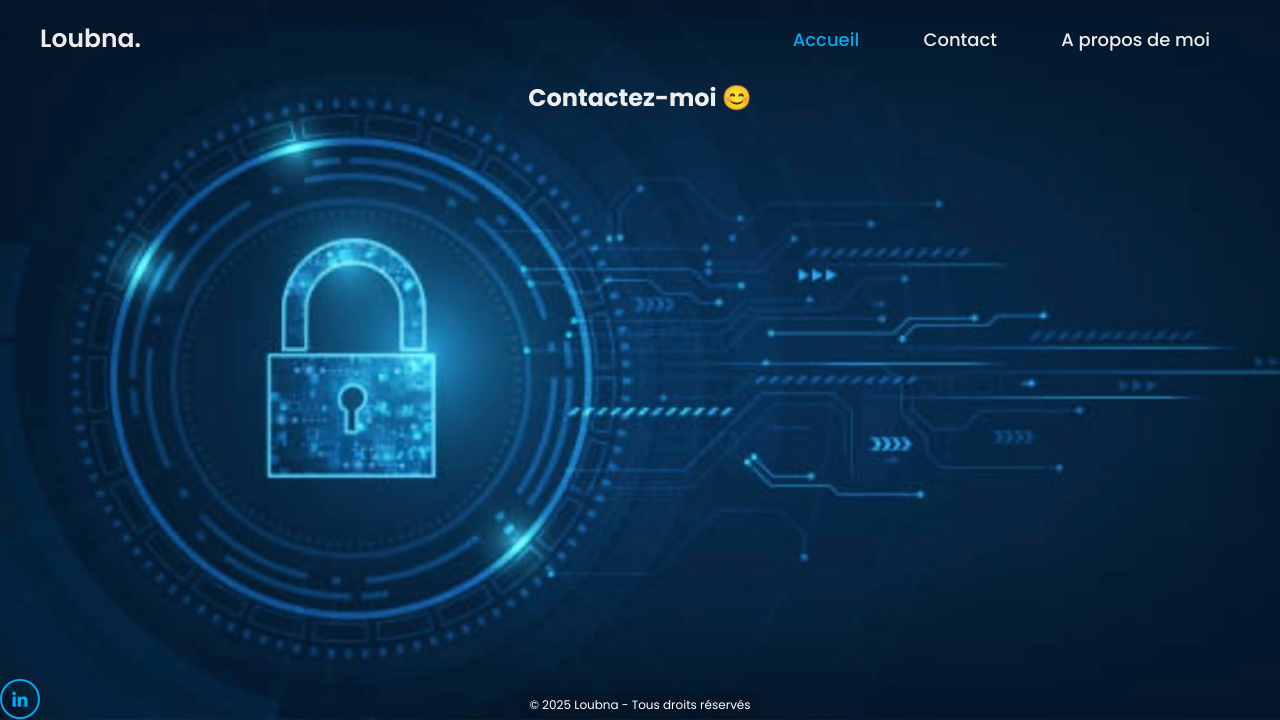
Repository: Loubna77290/Portfolio-de-Loubna
Page: contact.html
The author's editor kept a copy of each file at every save. The page is drawn from the files as they stood at one save, then again after the next save.
The browser window is 1280 px wide. The pictures show the whole page.

Above is the page before, as saved 2025-03-10 22:45:06.

### contact.html
<!DOCTYPE html>
<html lang="en">
<head>
    <meta charset="UTF-8">
    <meta name="viewport" content="width=device-width, initial-scale=1.0">
    <title>Fiche contact</title>
    <link rel="stylesheet" href="style.css">
    <link href='https://unpkg.com/boxicons@2.1.4/css/boxicons.min.css'rel='stylesheet'>
</head>
<body>

  <header class="header">
        <a href="#" class="logo">Loubna.</a>
         <nav class="navbar">
            <a href="/index.html"class="active">Accueil</a>
            <a href="/contact.html">Contact</a>
            <a href="about.html">A propos de moi</a>
        </nav>
    </header>

    <section class="contact-background">
        <div class="contact-contenu">
        <h1>Contactez-moi &#128522;</h1>

    </div>
    </section>

    <div class="home-sci">
        <a href="https://www.linkedin.com/in/loubna-m-baaa031a6/"target="_blank"><i class='bx bxl-linkedin'></i></a>
     </div>
</body>

    <footer>
        <p>&copy; 2025 Loubna - Tous droits réservés </p>
       </footer>
</html>

### style.css
@import url('https://fonts.googleapis.com/css2?family=Poppins:wght@300;400;500;600;700;800;900&display=swap');

* {
    margin: 0;
    padding: 0;
    box-sizing: border-box;
    font-family: 'Poppins', sans-serif;

}

body {
    background: #081b29;
    color: #ededed;

}

.header {
    position:fixed;
    top: 0;
    left:0;
    width: 100%;
    padding: 20px 10px;
    background: transparent;
    display: flex;
    justify-content: space-between;
    align-items: center;
    z-index: 100;
}


.logo {
    position: relative;
    margin-left: 30px;
    font-size: 25px;
    color: #ededed;
    text-decoration: none;
    font-weight: 600;

}

.logo::before {
    content: '';
    position: absolute;
    top: 0;
    right: 0;
    width: 100%;
    height: 100%;
    background: #081b29b6;
    animation: showRight 1s ease forwards;
    animation-delay: .4s;;
}

.navbar a {
    font-size: 18px;
    color: #ededed;
    text-decoration: none;
    font-weight: 500;
    margin-right: 60px;
    justify-content: flex-end;
    transition: .3s;

}

.navbar a:hover,
.navbar a.active {
    color: #00abf0;

}

.accueil {
    position: relative;
    height: 100vh;
    background: url(./IMG_7408.jpg) no-repeat center center;
    background-size: cover;
    display: flex;
    align-items: center;
    padding: 0 10%;

}

.accueil-contenu {
    background: transparent;
    max-width: 600px;


    }

.accueil-contenu h2 {
    font-size: 45px;
    font-weight: 700;
    line-height: 1.2;
    white-space: nowrap;
}

.accueil-contenu h2::before {
    content: '';
    position: absolute;
    top: 0;
    right: 0;
    width: 100%;
    height: 100%;
    background: #081b29;
    animation: showRight 1s ease forwards;
    animation-delay: 1s;
}

.accueil-contenu h3 {
    font-size: 30px;
    font-weight: 600;
    color: #0ff;

}

.accueil-contenu p {
    font-size: 16px;
    margin: 20px  0 40px;
    line-height: 1.2;
}

.accueil-contenu .btn-box {
    position: relative;
    display: flex;
    justify-content: space-between;
    width: 380px;
    height: 60px;

}

.accueil-contenu .btn-box::before {
    content: '';
    position: absolute;
    top: 0;
    right: 0;
    width: 100%;
    height: 100%;
    background: #081b294d;
    animation: showRight 1s ease forwards;
    animation-delay: 1.9s;
    z-index: 2;
}

.btn-box a {
    position: relative;
    display: inline-flex;
    justify-content: center;
    align-items: center;
    width: 150px;
    height: 110%;
    background: #00abf0;
    border: 2px solid #00abf0;
    border-radius: 8px;
    font-size: 19px;
    color: #081b29;
    text-align: center;
    text-decoration: none;
    font-weight: 600;
    letter-spacing: 1px;
    z-index: 1;
    overflow: hidden;
    transition: .5s;
}

.btn-box a:hover {
    color: #00abf0;

}

.btn-box a:nth-child(2) {
    background: transparent;
    color:#00abf0
}

.btn-box a:nth-child(2):hover {
    color:#081b29;
}


.btn-box a:nth-child(2)::before {
    background: #00abf0;
    }

.btn-box a::before {
    content: '';
    position: absolute;
    top: 0;
    left: 0;
    width: 0;
    height: 100%;
    background: #081b29;
    z-index: -1;
    transition: .5s;
}

.btn-box a:hover::before {
    width: 100%;
    }

.home-sci {
    position: absolute;
    bottom: 1px;
    width: 150px;
    display: flex;
    justify-content: space-between;
}

.home-sci::before {
    content: '';
    position: absolute;
    top: 0;
    right: 0;
    width: 100%;
    height: 100%;
    background: #081b29;
    animation: showRight 1s ease forwards;
    animation-delay: 2.5s;
    z-index: 2;
}

.home-sci a {
    position: relative;
    display: inline-flex;
    justify-content: center;
    align-items: center;
    width: 40px;
    height: 40px;
    background: transparent;
    border: 2px solid #00abf0;
    border-radius: 50%;
    font-size: 20px;
    text-decoration: none;
    z-index: 1;
    overflow: hidden;
    transition: .5s;
    color: #00abf0;
}

.home-sci a:hover {
    color: #081b29;

}
.home-sci a::before {
    content: '';
    position: absolute;
    top: 0;
    left: 0;
    width: 0;
    height: 100%;
    background:#00abf0;
    transition: .5s;
    z-index: -1;
}

.home-sci a:hover::before {
    width: 100%;
}

/* KEYFRAMES ANIMATION */
@keyframes showRight {
    100% {
        width: 0;
    }
}

.contact-background  {
    background: url('IMG_7400.jpg');
    height: 100vh;
    background-size: cover;
    display: flex;
}

.contact-contenu {
    display: flex;
    flex-direction: column;
    justify-content: flex-start;
    align-items: center;
    text-align: center;
    margin-top: 80px;
    width: 100%;
}

/* footer page à propos de moi  */
footer {
    position: absolute;
    bottom: 1px;
    left: 50%;
    transform: translate(-50%);
    background: rgba(0, 0, 0, 0.116);
    color: white;
    padding: 5px 10px;
    font-size: 12px;
    border-radius: 5px;
    z-index: 10;
}

.about-background  {
    background: url('IMG_7400.jpg');
    height: 100vh;
    background-size: cover;
    display: flex;
}

/* contenu de la page à propos de moi  */
.about-content {
    display: flex;
    flex-direction: column;
    justify-content: baseline;
    margin-top: 40px;
    width: 100%;
}

.about-content h1 {
    font-weight: 900;
    color: #ededed;
   margin-left: 120px;
}

.about-content p {
    padding: 30px;
    color: #ffff;
    text-align: left;
}

.about-content h2 {
    font-weight: 900;
    color: #ededed;
   margin-left: 100px;
}

.about-background {
    display: flex;
    justify-content: space-between;
    align-items:flex-start;
    padding: 50px;
}
.about-content {
    width: 55%;
}

.about-skills {
    margin: 100px;
    width: 40%;
    background: rgba(255,255,255,0.1);
    padding: 20px;
    border-radius: 10px;

}

.about-skills h2 {
    color: #00abf0;
    margin-bottom: 10px;
}

.about-skills ul {
    list-style: none;
    padding: 0;

}

.about-skills li {
    font-size: 16px;
    margin-bottom: 25px;
 }

 .about-content {
    opacity: 0;
    animation: fadeIn 1s ease-in forwards;
    animation-delay: 1s;
 }

 .about-skills {
     opacity: 0;
     animation: fadeIn 1s ease-in forwards;
     animation-delay: 3s;
    }

    /* mise en place d'animation avec keyframe  */

    @keyframes fadeIn {
        from{
            opacity: 0;
            transform: translateY(20px);
        }
        to {
            opacity: 1;
            transform: translateY(0);
        }
    }








 }:before {
        content: '';
        position: absolute;
        top: 0;
        right: 0;
        width: 100%;
        height: 100%;
        background: #081b294d;
        animation: showRight 1s ease forwards;
        animation-delay: 19s;
        z-index: 2;
         }

After the next save:
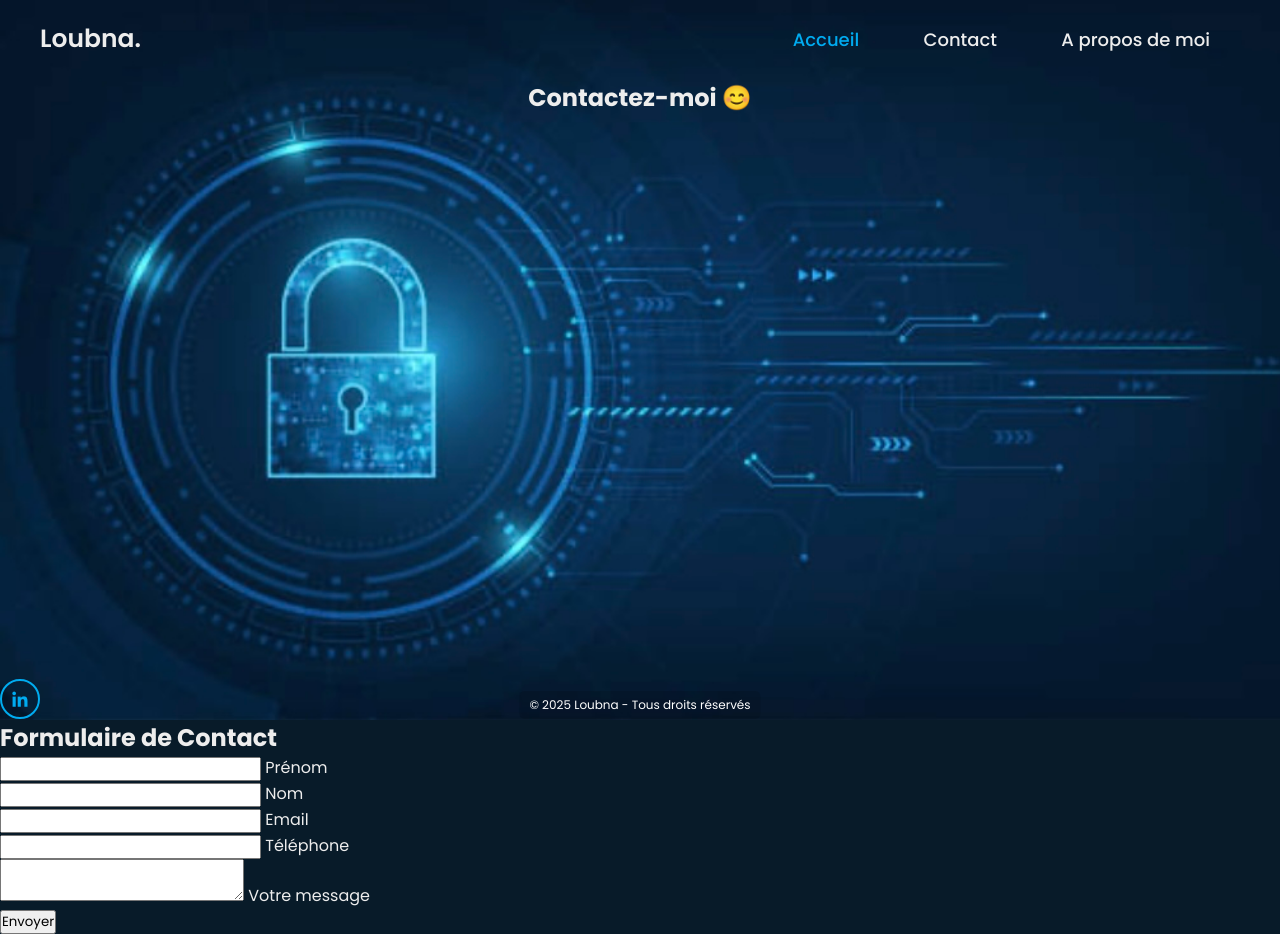
Saved 18 min 3 s later.
--- a/contact.html
+++ b/contact.html
@@ -24,6 +24,41 @@
 
     </div>
     </section>
+    <!DOCTYPE html>
+<html lang="fr">
+<head>
+    <meta charset="UTF-8">
+    <meta name="viewport" content="width=device-width, initial-scale=1.0">
+    <title>Formulaire de Contact</title>
+    <link rel="stylesheet" href="style.css">
+</head>
+<body>
+    <div class="container">
+        <h2>Formulaire de Contact</h2>
+        <form action="#" method="post">
+            <div class="input-group">
+                <input type="text" name="prenom" required>
+                <label>Prénom</label>
+            </div>
+            <div class="input-group">
+                <input type="text" name="nom" required>
+                <label>Nom</label>
+            </div>
+            <div class="input-group">
+                <input type="email" name="email" required>
+                <label>Email</label>
+            </div>
+            <div class="input-group">
+                <input type="tel" name="telephone" required>
+                <label>Téléphone</label>
+            </div>
+            <div class="input-group">
+                <textarea name="message" required></textarea>
+                <label>Votre message</label>
+            </div>
+            <button type="submit">Envoyer</button>
+        </form>
+    </div>
 
     <div class="home-sci">
         <a href="https://www.linkedin.com/in/loubna-m-baaa031a6/"target="_blank"><i class='bx bxl-linkedin'></i></a>
